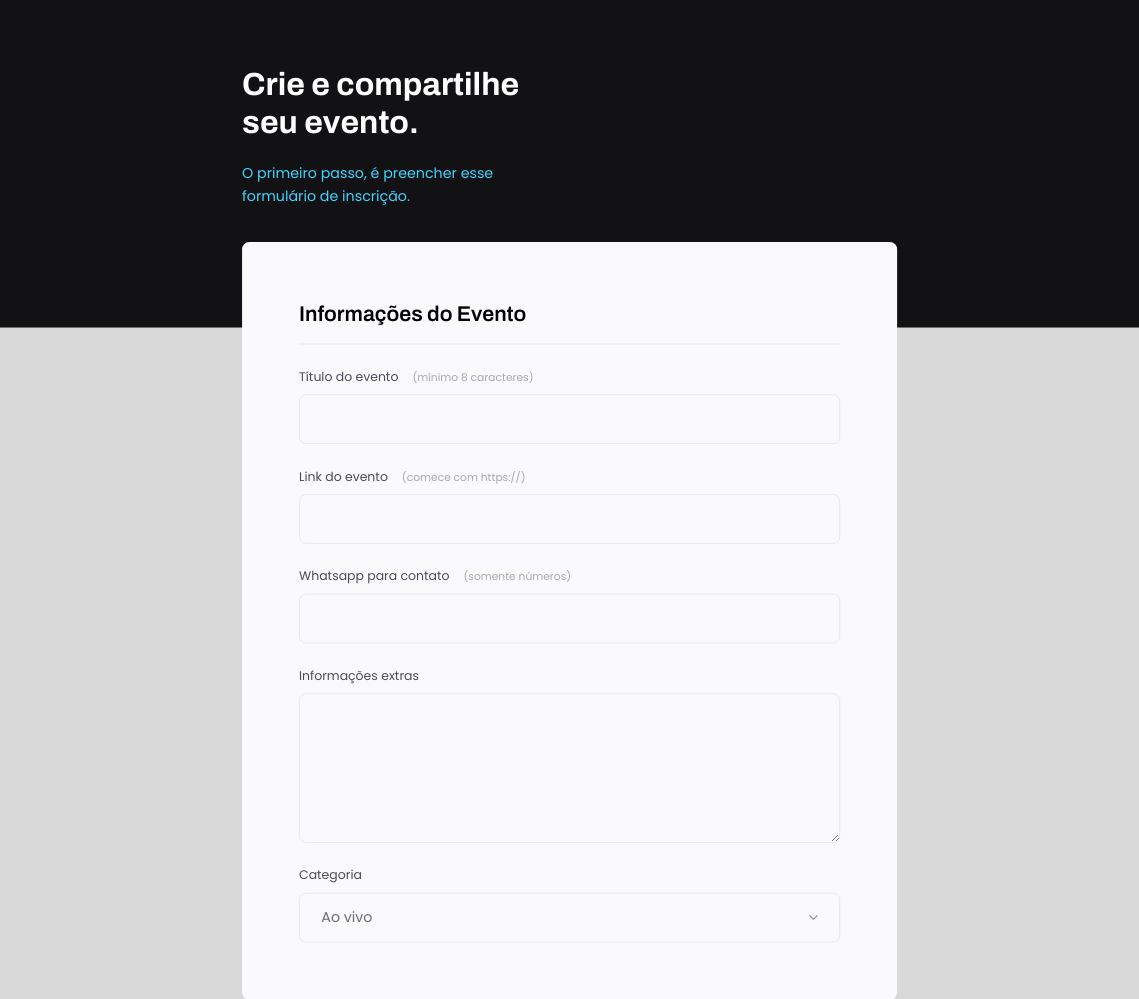
Repository: devMuriloOliveira/Formulario
Page: index.html
These files come from the project's save history. The page is drawn as it stood at one moment and after the next save; the edit follows.
The browser window is 1280 px wide. The pictures show the whole page, at 89% of full size.

Above is the page before, as saved 2023-11-02 21:00:50.

After the next save:
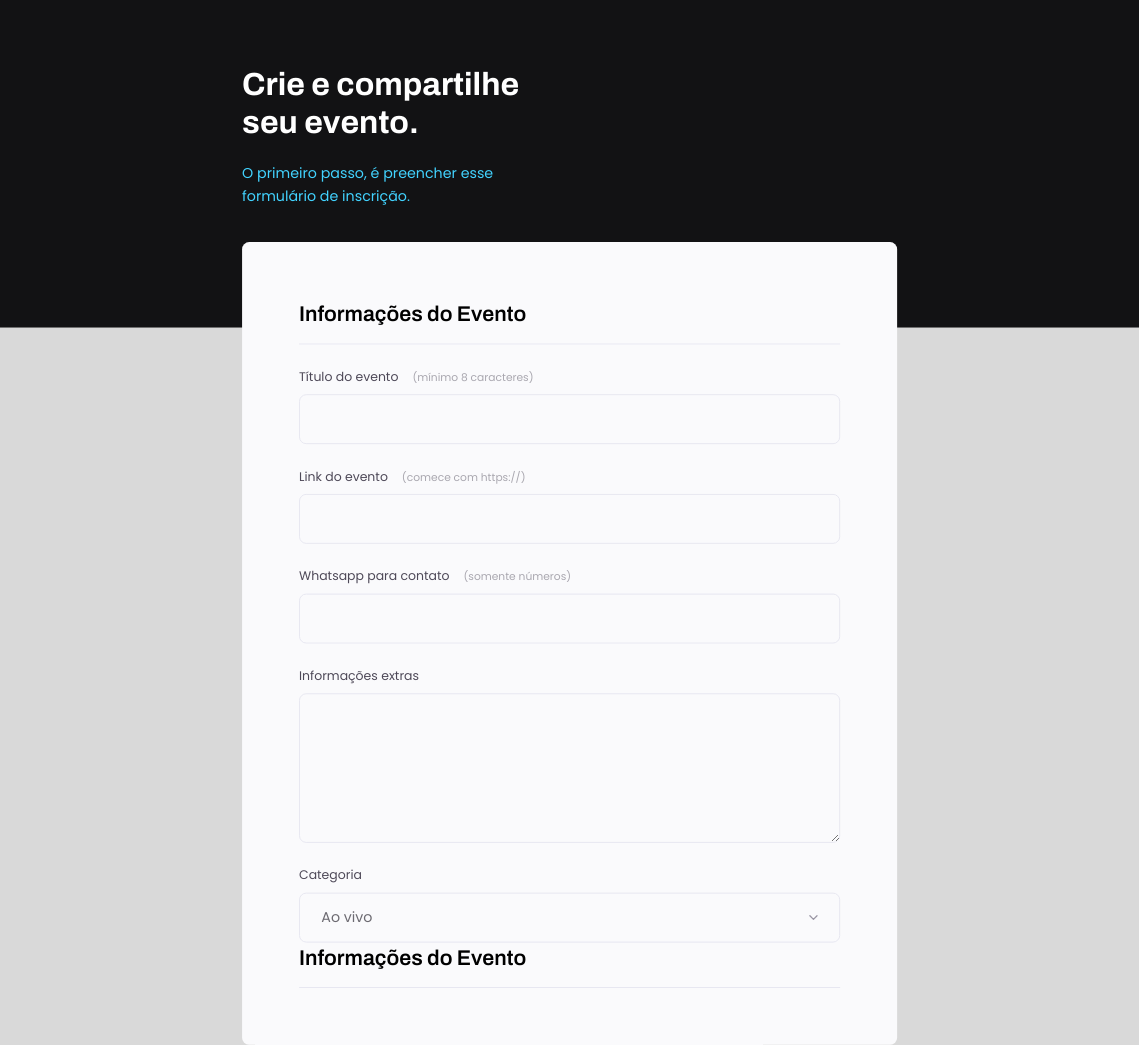
Saved 106 s later.
--- a/index.html
+++ b/index.html
@@ -61,6 +61,12 @@
             </div>
           </div>
         </fieldset>
+
+        <fieldset>
+          <div class="fieldset-wrapper">
+            <legend>Informações do Evento</legend>
+          </div>
+        </fieldset>
       </form>
     </div>
   </body>
